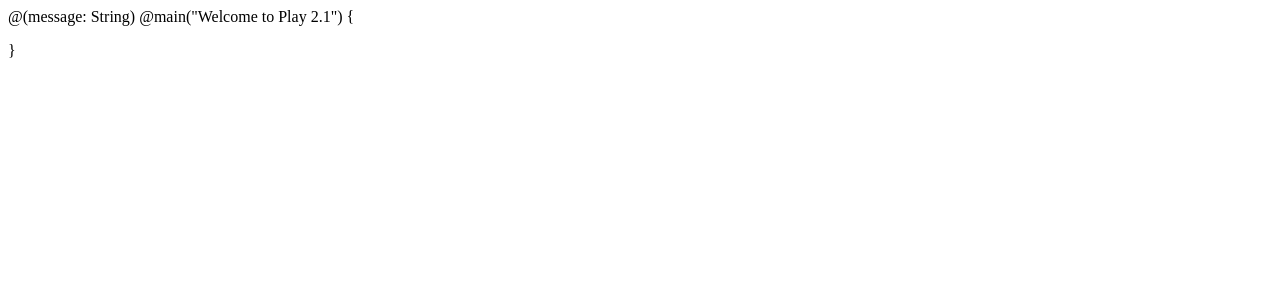
Repository: kadddah/WEBTEC110
Page: Mitfahren/app/views/index.scala.html
The author's editor kept a copy of each file at every save. The page is drawn from the files as they stood at one save, then again after the next save.
The browser window is 1280 px wide. The pictures show the whole page.

Above is the page before, as saved 2013-11-20 16:27:09.

### Mitfahren/app/views/index.scala.html
@(message: String)

@main("Welcome to Play 2.1") {

    <!-- @play20.welcome(message, style = "Java") -->

   <form action="@routes.Application.addBar()" method="post"></form>

}

After the next save:
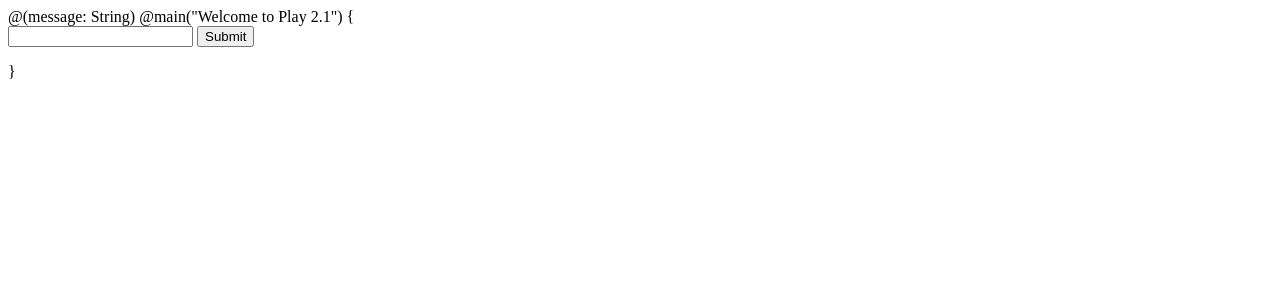
Saved 13 min 47 s later.
--- a/Mitfahren/app/views/index.scala.html
+++ b/Mitfahren/app/views/index.scala.html
@@ -4,6 +4,9 @@
 
     <!-- @play20.welcome(message, style = "Java") -->
 
-   <form action="@routes.Application.addBar()" method="post"></form>
+   <form action="@routes.Application.addBar()" method="post">
+   	<input name="name">
+   	<input type="submit">
+   </form>
 
 }
